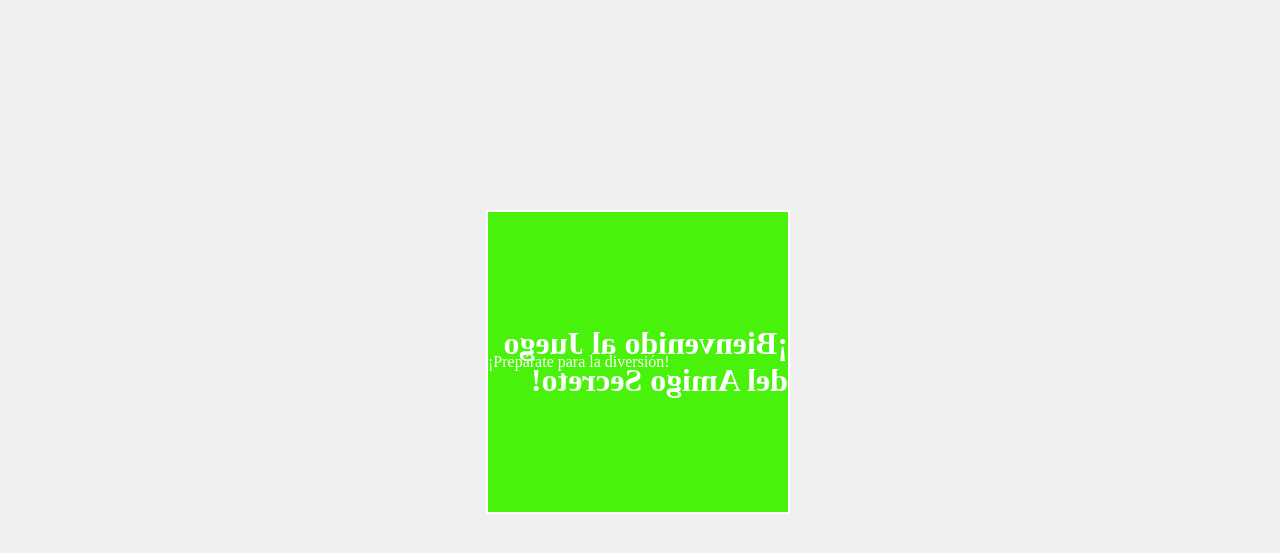
Repository: ye909/secreto
Page: inicio.html
The author's editor kept a copy of each file at every save. The page is drawn from the files as they stood at one save, then again after the next save.
The browser window is 1280 px wide. The pictures show the whole page.

Above is the page before, as saved 2025-02-20 21:17:43.

After the next save:
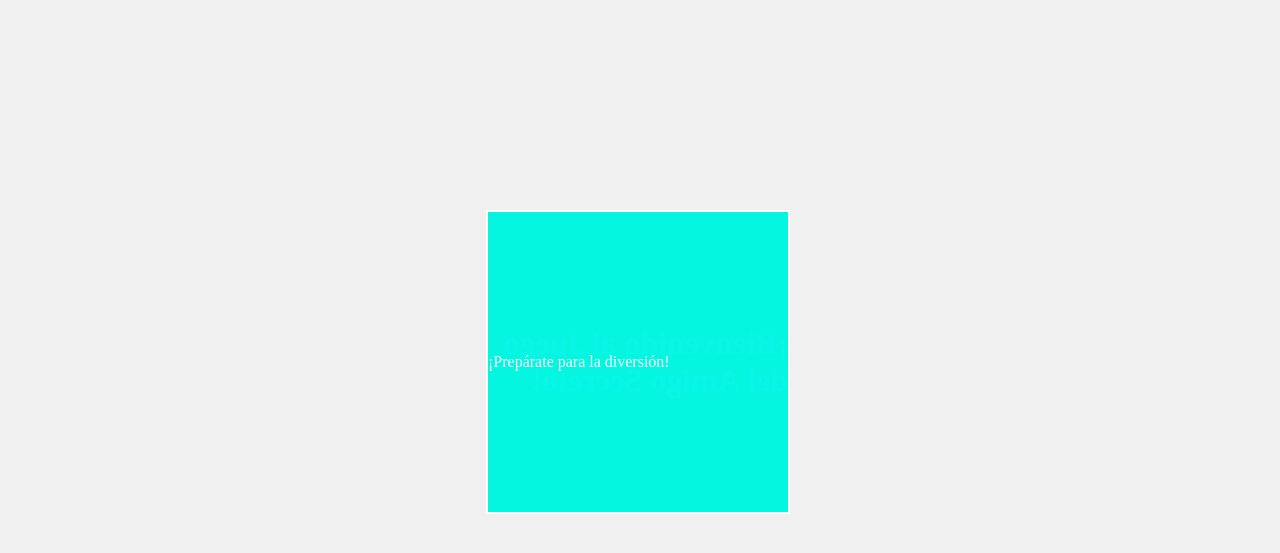
Saved 59 s later.
--- a/inicio.css
+++ b/inicio.css
@@ -28,7 +28,6 @@ body {
     width: 100%;
     height: 100%;
     display: flex;
-
     align-items: center;
     font-size: 1em;
     color: white;
@@ -40,7 +39,7 @@ body {
 
   /* Posiciona cada cara del cubo */
   .front  { transform: translateZ(150px); background-color: rgba(69, 242, 6, 0.98) }
-  .back   { transform: rotateY(180deg) translateZ(150px); }
+  .back   { transform: rotateY(180deg) translateZ(150px); background-color: rgba(4, 246, 230, 0.98) }
   .right  { transform: rotateY(90deg) translateZ(150px); }
   .left   { transform: rotateY(-90deg) translateZ(150px); }
   .top    { transform: rotateX(90deg) translateZ(150px); }
